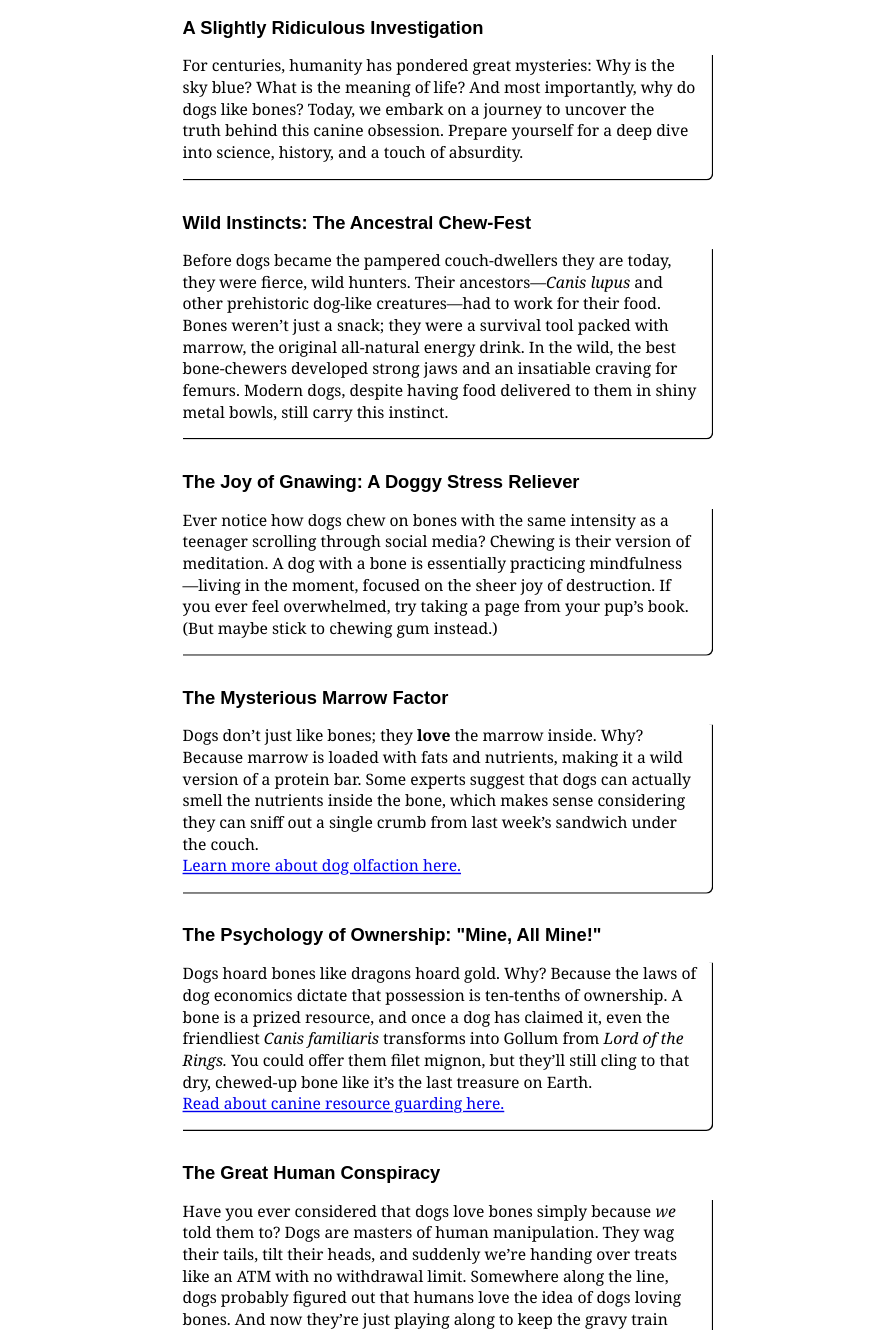
Repository: Leith-vdl/apprentice-challenge-1
Page: index.html
The author's editor kept a copy of each file at every save. The page is drawn from the files as they stood at one save, then again after the next save.
The browser window is 1280 px wide. The pictures show the part of the page from y = 97 to 1997 px (the page is 2428 px tall before and 2455 px after), at 70% of full size.
A picture or video elsewhere on the page could not be fetched, so the positions and the page height are approximate. Some web fonts or font styles are not loaded; a fallback is used.

Above is the page before, as saved 2025-02-06 09:15:22.

After the next save:
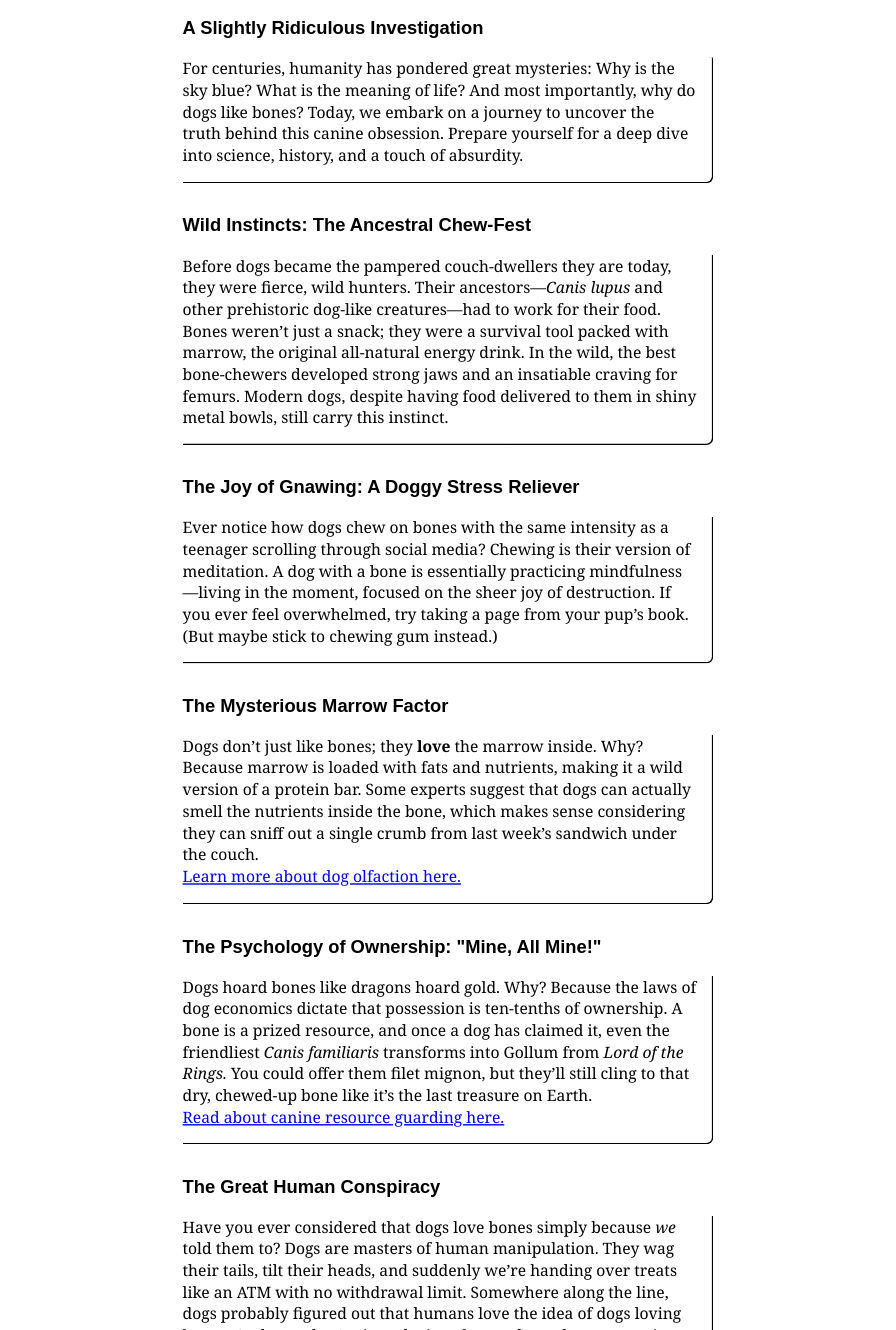
Saved 10 s later.
--- a/styles/styles.css
+++ b/styles/styles.css
@@ -26,7 +26,6 @@ header.page-header {
 
 h1.page-header-title, h3.section-title {
     font-family: sans-serif;
-    margin-bottom: 0.8em;
 }
 
 section.page-content-section {
